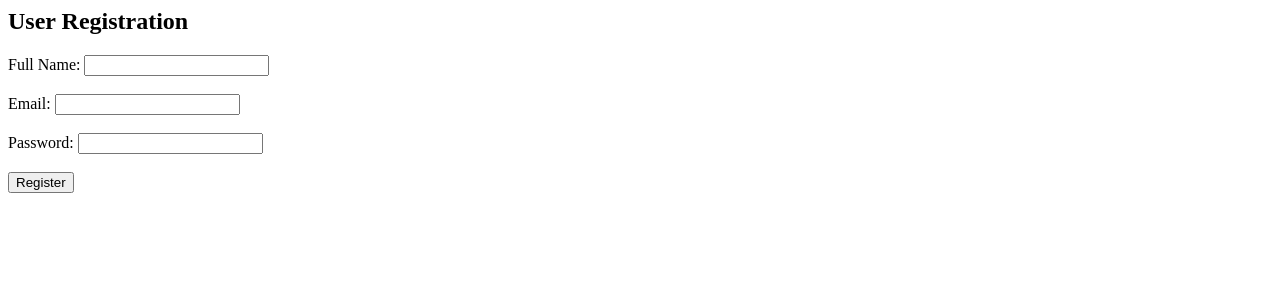
Repository: YUNASTHA/Music-store-management-system
Page: http://localhost/StoreManagementSystem/register
The author's editor kept a copy of each file at every save. The page is drawn from the files as they stood at one save, then again after the next save.
The browser window is 1280 px wide. The pictures show the whole page.
The page is served by Tomcat 10.

Above is the page before, as saved 2025-04-16 18:00:46.

After the next save:
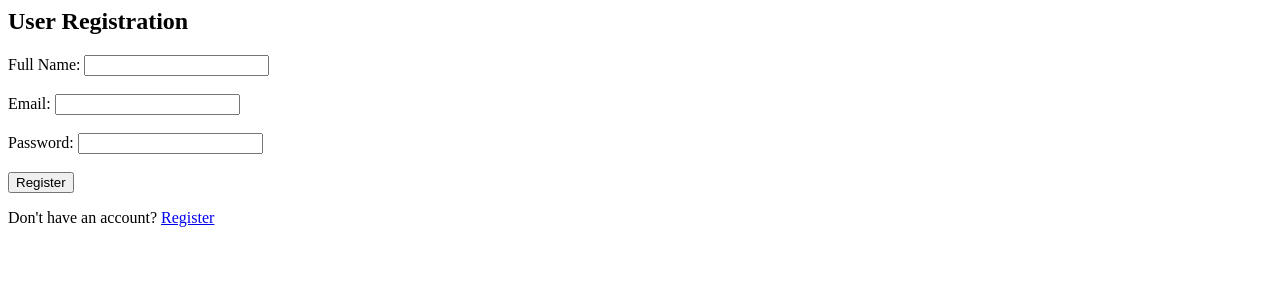
Saved 16 s later.
--- a/StoreManagementSystem/src/main/webapp/register.jsp
+++ b/StoreManagementSystem/src/main/webapp/register.jsp
@@ -12,6 +12,8 @@
         <input type="submit" value="Register">
     </form>
 
+<p class="form-footer">Don't have an account? <a href="${pageContext.request.contextPath}/login">Register</a></p>
+
     <% String message = request.getParameter("message"); if (message != null) { %>
         <p style="color:green;"><%= message %></p>
     <% } %>
